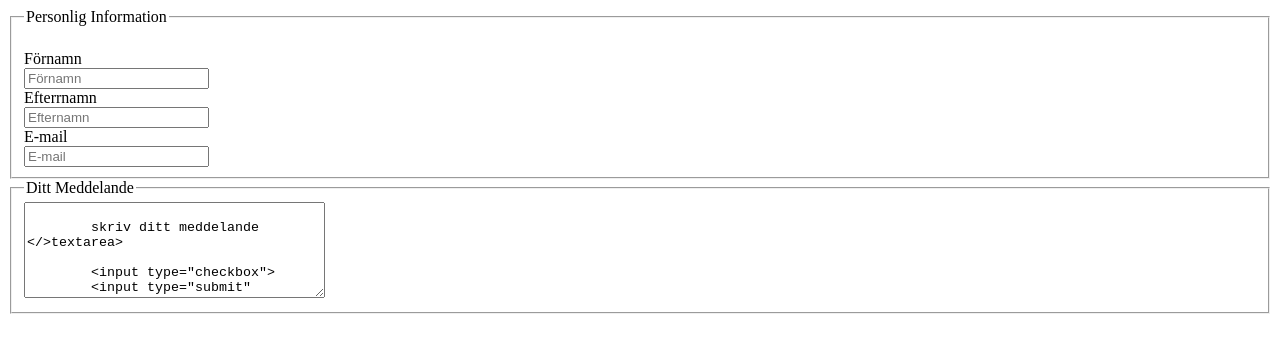
Repository: dn222em/1ik415-laborationer
Page: pages/Kontakt.html
The author's editor kept a record of every edit. The page is drawn from the files as they stood at one moment, then again after the next edit.
The browser window is 1280 px wide. The pictures show the whole page.

Above is the page before.

### pages/Kontakt.html
<!doctype html>
<html lang="sv">
<head>
    <meta charset="utf-8" />
    <title>Kontakt</title>
</head>
<body>

<form metod="post" action="script.php">
   <fieldset>
       <legend>Personlig Information</legend>
           <br> Förnamn</br>
        <input required placeholder="Förnamn" maxlength="13" type="text" name="namn">
            <br>Efterrnamn</br>
        <input placeholder="Efternamn" maxlength="16 type="Text" name="efternamn">
            <br>E-mail</br>
        <input placeholder="E-mail" type="email" name="email">
    </fieldset>
    <fieldset>
        <legend>Ditt Meddelande</legend>
        <textarea required rows="6" cols="35">
        skriv ditt meddelande </>textarea>

        <input type="checkbox">
        <input type="submit" value="Skicka Mig" />
         </fieldset>
        </form>


    </body>
    </html>

After the next edit:
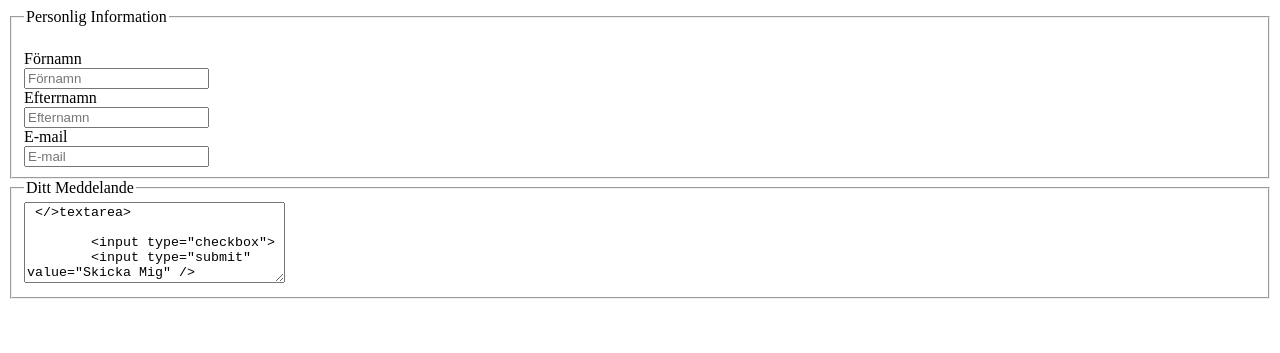
The edit:
--- a/pages/Kontakt.html
+++ b/pages/Kontakt.html
@@ -16,10 +16,13 @@
             <br>E-mail</br>
         <input placeholder="E-mail" type="email" name="email">
     </fieldset>
+
     <fieldset>
+
         <legend>Ditt Meddelande</legend>
-        <textarea required rows="6" cols="35">
-        skriv ditt meddelande </>textarea>
+
+        <textarea required rows="5" cols="30"
+        skriv ditt meddelande> </>textarea>
 
         <input type="checkbox">
         <input type="submit" value="Skicka Mig" />
